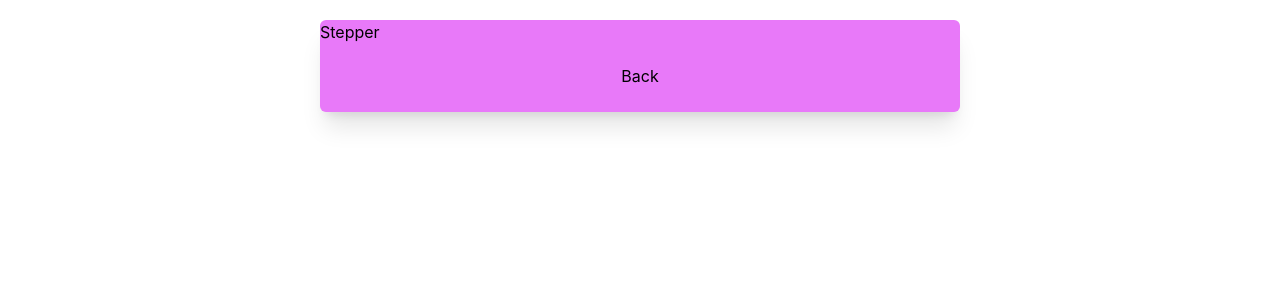
Repository: OmniaRafat232111121/reactstepper
Page: /
These files come from the project's save history. The page is drawn as it stood at one moment and after a run of saves; the edit follows.
The browser window is 1280 px wide. The pictures show the whole page.
The project was rebuilt for these pictures with package versions that can differ from the ones it lists, and the page was loaded fresh each time. Also part of the build but not shown: src/App.css.

Above is the page before, as saved 2023-02-21 16:57:52.

After the next 2 saves:
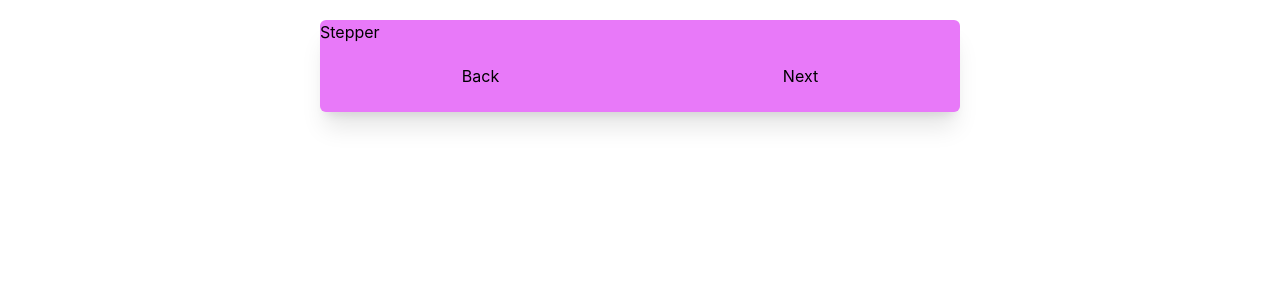
The 2 saves are shown as one change because they came seconds apart.
The last was saved 9 s later.
--- a/src/Component/StepperControl.js
+++ b/src/Component/StepperControl.js
@@ -8,6 +8,9 @@ const StepperControl = () => {
        Back
        </button>
         {/*next button*/}
+        <button>
+    Next
+       </button>
     </div>
   )
 }
